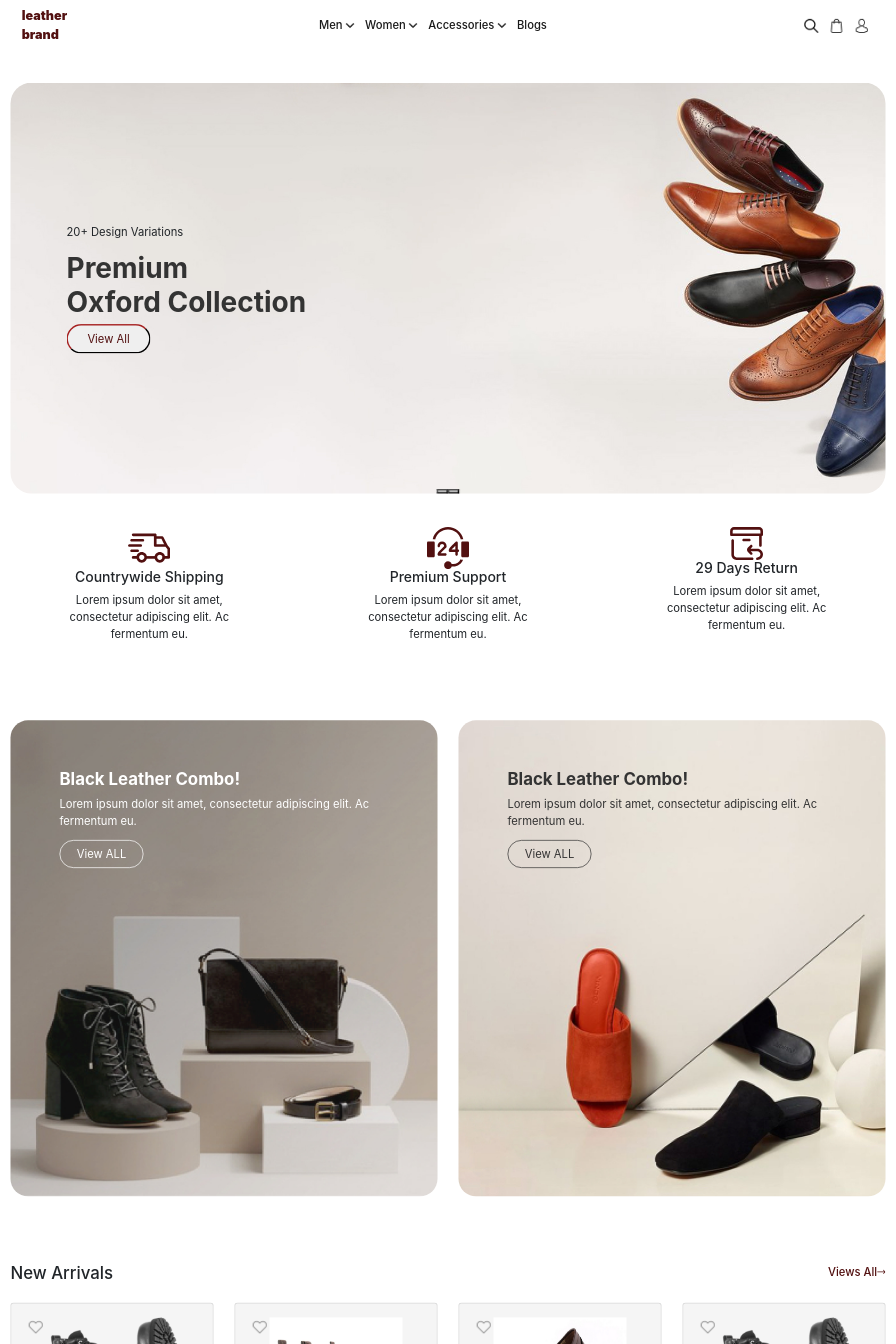
Repository: arif286/fashion-house
Page: /
These files come from the project's save history. The page is drawn as it stood at one moment and after the next save; the edit follows.
The browser window is 1280 px wide. The pictures show the part of the page from y = 0 to 1920 px (the page is 3839 px tall before and 3807 px after), at 70% of full size.
The project was rebuilt for these pictures with package versions that can differ from the ones it lists, and the page was loaded fresh each time. The framework's server and built-in components were replaced by stand-ins that run in the browser. Also part of the build but not shown: nuxt.config.js, components/Footer.vue, components/NuxtLogo.vue, components/Tutorial.vue.

Above is the page before, as saved 2021-07-12 10:14:30.

After the next save:
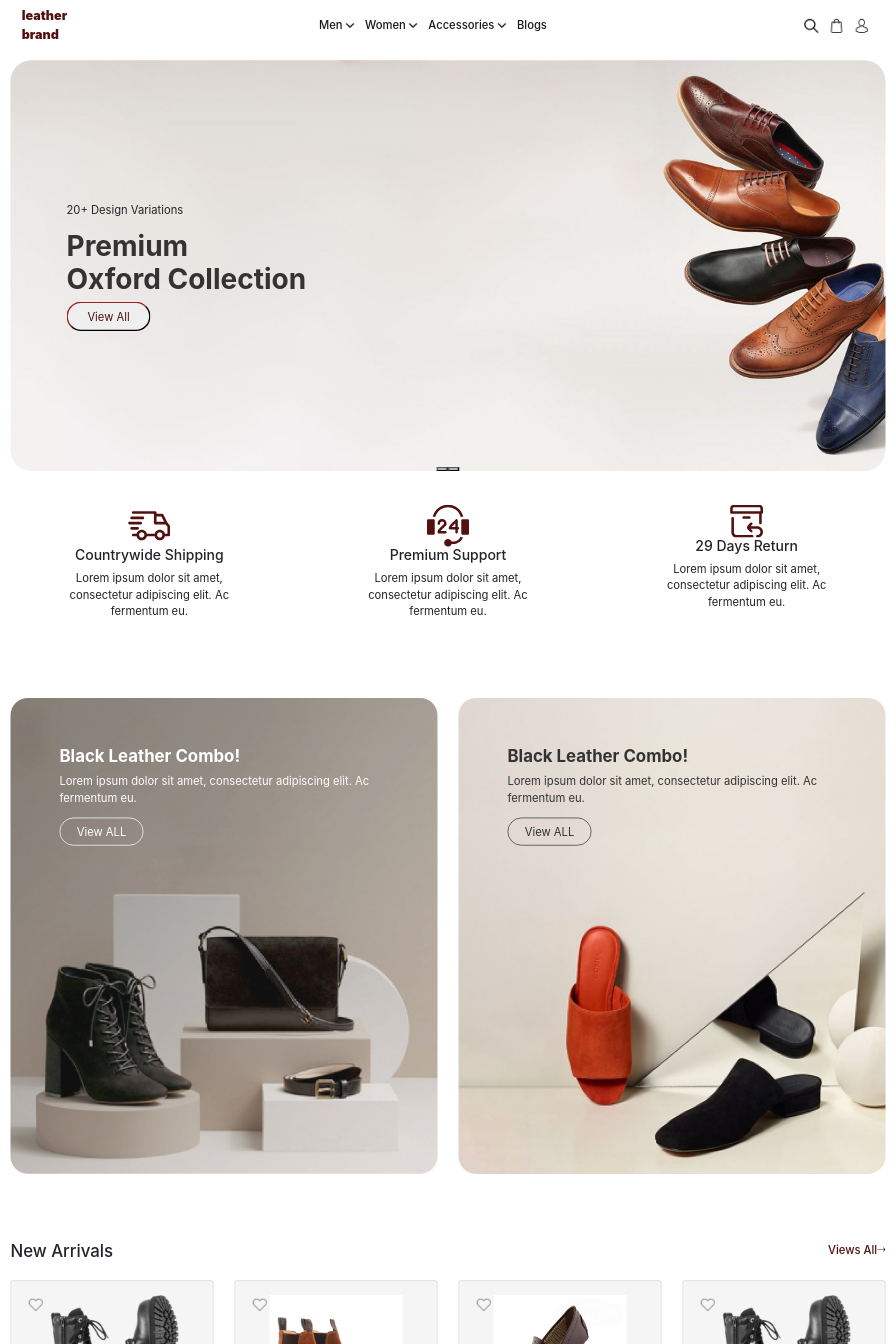
Saved 4 s later.
--- a/components/Nav.vue
+++ b/components/Nav.vue
@@ -1,5 +1,5 @@
 <template>
-  <nav class="navbar container navbar-expand-lg navbar-light mb-5">
+  <nav class="navbar container navbar-expand-lg navbar-light mb-3">
     <div class="container-fluid">
       <div class="nav-title">
         <span>leather</span>
